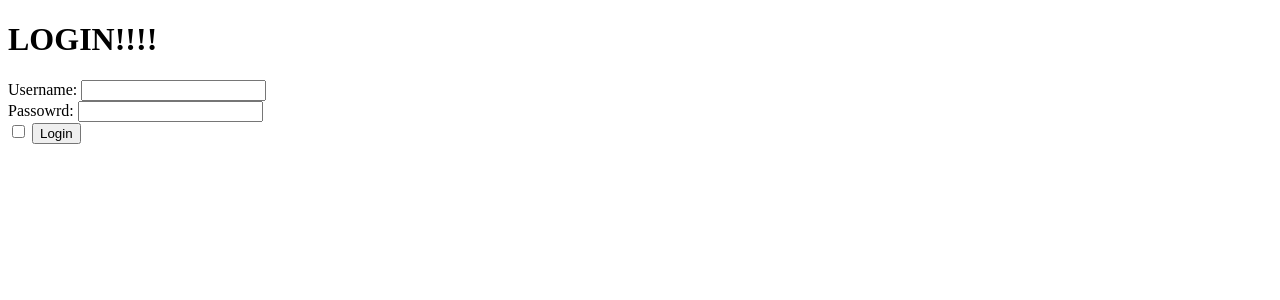
Repository: claudesedillo/WEBAPDE-MP2
Page: MP2 Workplace/WEBAPDE-MP2Q/WebContent/login.html
An editor plug-in stored every save of this project. The page is shown before and after a run of saves, followed by the edit.
The browser window is 1280 px wide. The pictures show the whole page.

Above is the page before, as saved 2017-07-22 08:05:20.

After the next 2 saves:
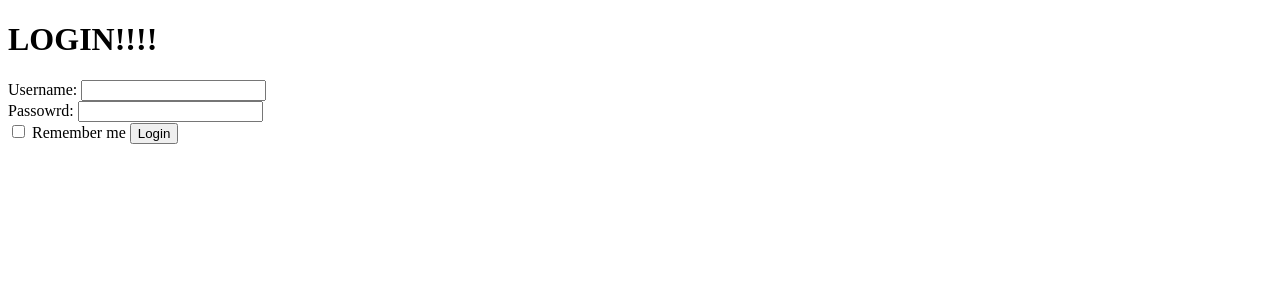
The 2 saves are shown as one change because they came seconds apart.
The last was saved 8 s later.
--- a/MP2 Workplace/WEBAPDE-MP2Q/WebContent/login.html
+++ b/MP2 Workplace/WEBAPDE-MP2Q/WebContent/login.html
@@ -10,7 +10,7 @@
 	<form action="login" method="POST">
 		Username: <input type="text" name="username"><br>
 		Passowrd: <input type="password" name="password"><br>
-		<input type="checkbox">
+		<input type="checkbox"> <a>Remember me
 		<input type="submit" value="Login">
 	</form>
 </body>
